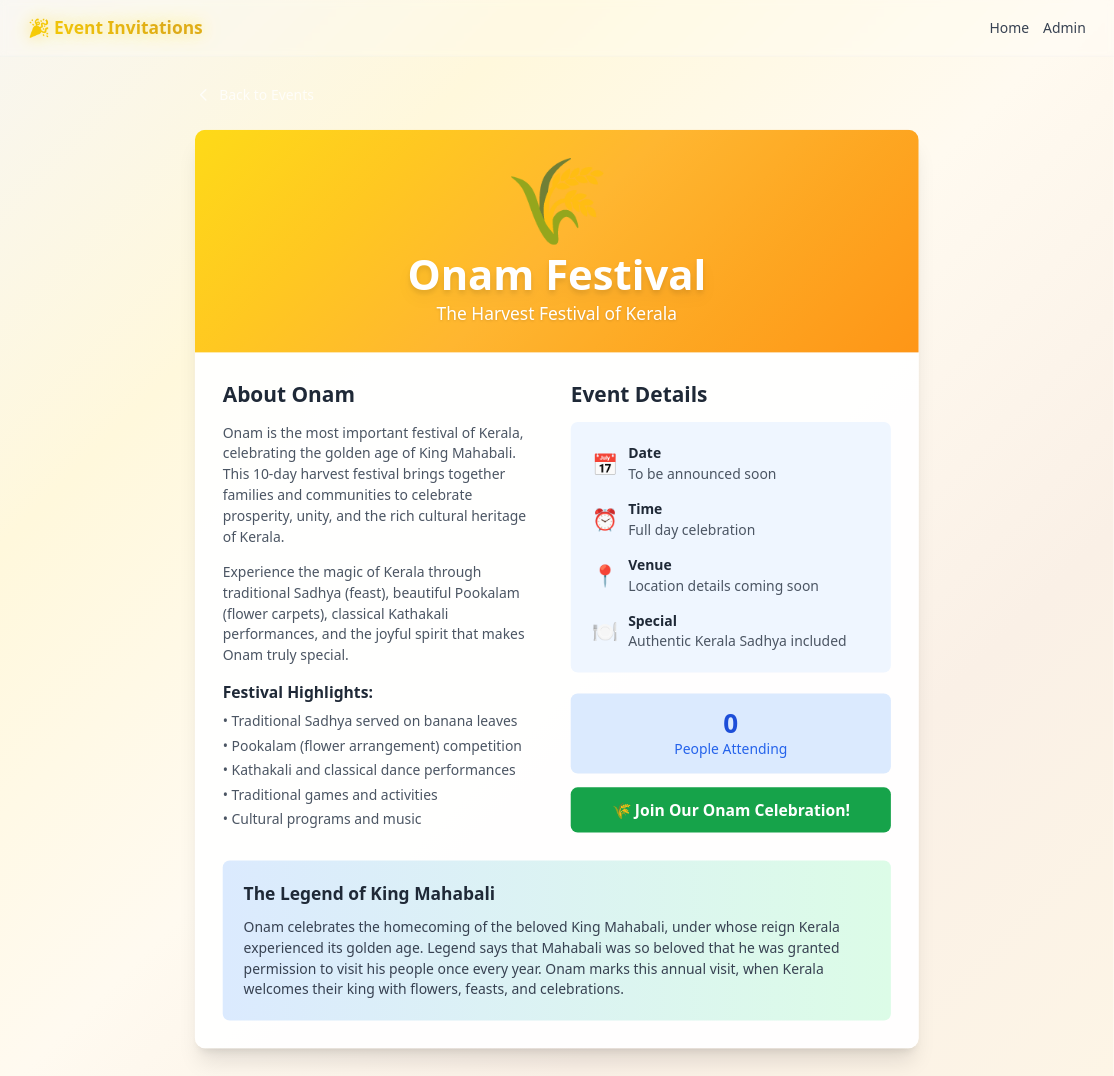
Repository: nanduldas/invitation
Page: http://localhost/event/onam
The author's editor kept a copy of each file at every save. The page is drawn from the files as they stood at one save, then again after the next save.
The browser window is 1280 px wide. The pictures show the whole page, at 87% of full size.
Some web libraries are served in a nearby version. The page is served by the project's Laravel application, run on PHP 8.4 with Laravel 12. Other server files are loaded and not shown. Queries for data that is not in the repository find no rows.

Above is the page before, as saved 2025-08-22 23:53:30.

### routes/web.php
<?php

use Illuminate\Support\Facades\Route;
use App\Http\Controllers\EventController;

Route::get('/', [EventController::class, 'index'])->name('home');
Route::get('/event/{event}', [EventController::class, 'show'])->name('event.show');
Route::post('/register', [EventController::class, 'register'])->name('register');
Route::get('/admin/attendees', [EventController::class, 'admin'])->name('admin.attendees');

### app/Http/Controllers/EventController.php
<?php

namespace App\Http\Controllers;

use Illuminate\Http\Request;
use App\Models\Attendee;
use Illuminate\Support\Facades\Validator;

class EventController extends Controller
{
    public function index()
    {
        $haldiCount = Attendee::forEvent('haldi')->count();
        $onamCount = Attendee::forEvent('onam')->count();

        return view('events.index', compact('haldiCount', 'onamCount'));
    }

    public function show($event)
    {
        if (!in_array($event, ['haldi', 'onam'])) {
            abort(404);
        }

        $attendeesCount = Attendee::forEvent($event)->count();

        return view('events.show', compact('event', 'attendeesCount'));
    }

    public function register(Request $request)
    {
        $validator = Validator::make($request->all(), [
            'name' => 'required|string|max:255',
            'phone' => 'required|string|max:20',
            'event' => 'required|in:haldi,onam'
        ]);

        if ($validator->fails()) {
            return response()->json([
                'success' => false,
                'message' => 'Please fill all fields correctly.'
            ], 422);
        }

        // Check if attendee already exists based on phone number
        $existingAttendee = Attendee::where('phone', $request->phone)->first();

        if ($existingAttendee) {
            return response()->json([
                'success' => true,
                'message' => 'You are already on our list, thank you! 🎉',
                'attendee_count' => Attendee::forEvent($request->event)->count()
            ]);
        }

        // Create new attendee
        $attendee = Attendee::create([
            'name' => $request->name,
            'phone' => $request->phone,
            'event' => $request->event
        ]);

        $attendeeCount = Attendee::forEvent($request->event)->count();

        return response()->json([
            'success' => true,
            'message' => "Welcome to our celebration, {$request->name}! 🌟 We're excited to have you join us!",
            'attendee_count' => $attendeeCount
        ]);
    }

    public function admin()
    {
        $haldiAttendees = Attendee::forEvent('haldi')->get();
        $onamAttendees = Attendee::forEvent('onam')->get();

        return view('admin.attendees', compact('haldiAttendees', 'onamAttendees'));
    }
}

### app/Models/Attendee.php
<?php

namespace App\Models;

use Illuminate\Database\Eloquent\Model;

class Attendee extends Model
{
    protected $fillable = [
        'name',
        'phone',
        'event'
    ];

    protected $casts = [
        'event' => 'string'
    ];

    public function scopeForEvent($query, $event)
    {
        return $query->where('event', $event);
    }
}

### resources/views/events/show.blade.php
@extends('layouts.app')

@section('title', ucfirst($event) . ' Event Details')

@section('content')
<div class="max-w-4xl mx-auto px-4 sm:px-6 lg:px-8">
    <!-- Back Button -->
    <div class="mb-6">
        <a href="{{ route('home') }}" class="inline-flex items-center text-white/80 hover:text-white transition-colors">
            <svg class="w-5 h-5 mr-2" fill="none" stroke="currentColor" viewBox="0 0 24 24">
                <path stroke-linecap="round" stroke-linejoin="round" stroke-width="2" d="M15 19l-7-7 7-7"></path>
            </svg>
            Back to Events
        </a>
    </div>

    @if($event === 'haldi')
        <!-- Haldi Event Details -->
        <div class="bg-white/95 rounded-xl shadow-xl overflow-hidden">
            <div class="bg-haldi-theme h-64 relative">
                <div class="haldi-overlay h-full flex items-center justify-center">
                    <div class="text-center text-white">
                        <div class="text-8xl mb-4">🌺</div>
                        <h1 class="text-4xl md:text-5xl font-bold drop-shadow-lg">Haldi Ceremony</h1>
                        <p class="text-xl mt-2 drop-shadow">A Sacred & Joyful Celebration</p>
                    </div>
                </div>
            </div>

            <div class="p-8">
                <div class="grid md:grid-cols-2 gap-8 mb-8">
                    <div>
                        <h2 class="text-2xl font-bold text-gray-800 mb-4">About the Ceremony</h2>
                        <p class="text-gray-600 mb-4">
                            The Haldi ceremony is one of the most cherished pre-wedding rituals in Indian culture.
                            This beautiful tradition involves applying turmeric paste to the bride and groom,
                            symbolizing purification, protection, and the blessing of a bright future together.
                        </p>
                        <p class="text-gray-600 mb-4">
                            Join us for an afternoon filled with laughter, music, traditional songs, and the
                            warm embrace of family and friends. The golden glow of turmeric will bless the
                            couple as they prepare for their new journey.
                        </p>

                        <h3 class="text-lg font-semibold text-gray-800 mb-2">What to Expect:</h3>
                        <ul class="text-gray-600 space-y-1">
                            <li>• Traditional turmeric application ceremony</li>
                            <li>• Folk music and dancing</li>
                            <li>• Delicious Indian snacks and sweets</li>
                            <li>• Photography and memories</li>
                            <li>• Warm, festive atmosphere</li>
                        </ul>
                    </div>

                    <div>
                        <h2 class="text-2xl font-bold text-gray-800 mb-4">Event Details</h2>
                        <div class="bg-amber-50 rounded-lg p-6 space-y-4">
                            <div class="flex items-center">
                                <span class="text-2xl mr-3">📅</span>
                                <div>
                                    <div class="font-semibold text-gray-800">Date</div>
                                    <div class="text-gray-600">To be announced soon</div>
                                </div>
                            </div>
                            <div class="flex items-center">
                                <span class="text-2xl mr-3">⏰</span>
                                <div>
                                    <div class="font-semibold text-gray-800">Time</div>
                                    <div class="text-gray-600">Traditional afternoon timing</div>
                                </div>
                            </div>
                            <div class="flex items-center">
                                <span class="text-2xl mr-3">📍</span>
                                <div>
                                    <div class="font-semibold text-gray-800">Venue</div>
                                    <div class="text-gray-600">Location details coming soon</div>
                                </div>
                            </div>
                            <div class="flex items-center">
                                <span class="text-2xl mr-3">👗</span>
                                <div>
                                    <div class="font-semibold text-gray-800">Dress Code</div>
                                    <div class="text-gray-600">Traditional Indian wear preferred</div>
                                </div>
                            </div>
                        </div>

                        <div class="mt-6 text-center">
                            <div class="bg-amber-100 rounded-lg p-4 mb-4">
                                <div class="text-3xl font-bold text-amber-700 attendee-count" data-event="haldi">{{ $attendeesCount }}</div>
                                <div class="text-amber-600">People Attending</div>
                            </div>
                            <button onclick="openModal('haldi')"
                                    class="w-full px-6 py-3 bg-orange-600 text-white rounded-lg hover:bg-orange-700 transition-colors text-lg font-semibold">
                                🎉 I'm Attending This Celebration!
                            </button>
                        </div>
                    </div>
                </div>

                <div class="bg-gradient-to-r from-amber-100 to-orange-100 rounded-lg p-6">
                    <h3 class="text-xl font-bold text-gray-800 mb-3">Traditional Significance</h3>
                    <p class="text-gray-700">
                        Turmeric has been used in Indian ceremonies for thousands of years. It's believed to bring
                        good luck, ward off evil, and promote health and prosperity. The Haldi ceremony is not just
                        a ritual, but a celebration of love, family bonds, and the beginning of a beautiful journey.
                    </p>
                </div>
            </div>
        </div>
    @else
        <!-- Onam Event Details -->
        <div class="bg-white/95 rounded-xl shadow-xl overflow-hidden">
            <div class="gradient-onam h-64 relative">
                <div class="onam-overlay h-full flex items-center justify-center">
                    <div class="text-center text-white">
                        <div class="text-8xl mb-4">🌾</div>
                        <h1 class="text-4xl md:text-5xl font-bold drop-shadow-lg">Onam Festival</h1>
                        <p class="text-xl mt-2 drop-shadow">The Harvest Festival of Kerala</p>
                    </div>
                </div>
            </div>

            <div class="p-8">
                <div class="grid md:grid-cols-2 gap-8 mb-8">
                    <div>
                        <h2 class="text-2xl font-bold text-gray-800 mb-4">About Onam</h2>
                        <p class="text-gray-600 mb-4">
                            Onam is the most important festival of Kerala, celebrating the golden age of King Mahabali.
                            This 10-day harvest festival brings together families and communities to celebrate prosperity,
                            unity, and the rich cultural heritage of Kerala.
                        </p>
                        <p class="text-gray-600 mb-4">
                            Experience the magic of Kerala through traditional Sadhya (feast), beautiful Pookalam
                            (flower carpets), classical Kathakali performances, and the joyful spirit that makes
                            Onam truly special.
                        </p>

                        <h3 class="text-lg font-semibold text-gray-800 mb-2">Festival Highlights:</h3>
                        <ul class="text-gray-600 space-y-1">
                            <li>• Traditional Sadhya served on banana leaves</li>
                            <li>• Pookalam (flower arrangement) competition</li>
                            <li>• Kathakali and classical dance performances</li>
                            <li>• Traditional games and activities</li>
                            <li>• Cultural programs and music</li>
                        </ul>
                    </div>

                    <div>
                        <h2 class="text-2xl font-bold text-gray-800 mb-4">Event Details</h2>
                        <div class="bg-blue-50 rounded-lg p-6 space-y-4">
                            <div class="flex items-center">
                                <span class="text-2xl mr-3">📅</span>
                                <div>
                                    <div class="font-semibold text-gray-800">Date</div>
                                    <div class="text-gray-600">To be announced soon</div>
                                </div>
                            </div>
                            <div class="flex items-center">
                                <span class="text-2xl mr-3">⏰</span>
                                <div>
                                    <div class="font-semibold text-gray-800">Time</div>
                                    <div class="text-gray-600">Full day celebration</div>
                                </div>
                            </div>
                            <div class="flex items-center">
                                <span class="text-2xl mr-3">📍</span>
                                <div>
                                    <div class="font-semibold text-gray-800">Venue</div>
                                    <div class="text-gray-600">Location details coming soon</div>
                                </div>
                            </div>
                            <div class="flex items-center">
                                <span class="text-2xl mr-3">🍽️</span>
                                <div>
                                    <div class="font-semibold text-gray-800">Special</div>
                                    <div class="text-gray-600">Authentic Kerala Sadhya included</div>
                                </div>
                            </div>
                        </div>

                        <div class="mt-6 text-center">
                            <div class="bg-blue-100 rounded-lg p-4 mb-4">
                                <div class="text-3xl font-bold text-blue-700 attendee-count" data-event="onam">{{ $attendeesCount }}</div>
                                <div class="text-blue-600">People Attending</div>
                            </div>
                            <button onclick="openModal('onam')"
                                    class="w-full px-6 py-3 bg-green-600 text-white rounded-lg hover:bg-green-700 transition-colors text-lg font-semibold">
                                🌾 Join Our Onam Celebration!
                            </button>
                        </div>
                    </div>
                </div>

                <div class="bg-gradient-to-r from-blue-100 to-green-100 rounded-lg p-6">
                    <h3 class="text-xl font-bold text-gray-800 mb-3">The Legend of King Mahabali</h3>
                    <p class="text-gray-700">
                        Onam celebrates the homecoming of the beloved King Mahabali, under whose reign Kerala experienced
                        its golden age. Legend says that Mahabali was so beloved that he was granted permission to visit
                        his people once every year. Onam marks this annual visit, when Kerala welcomes their king with
                        flowers, feasts, and celebrations.
                    </p>
                </div>
            </div>
        </div>
    @endif
</div>
@endsection

Loaded but not shown: app/Http/Controllers/Controller.php (common file); resources/views/layouts/app.blade.php (219 lines, source omitted)

After the next save:
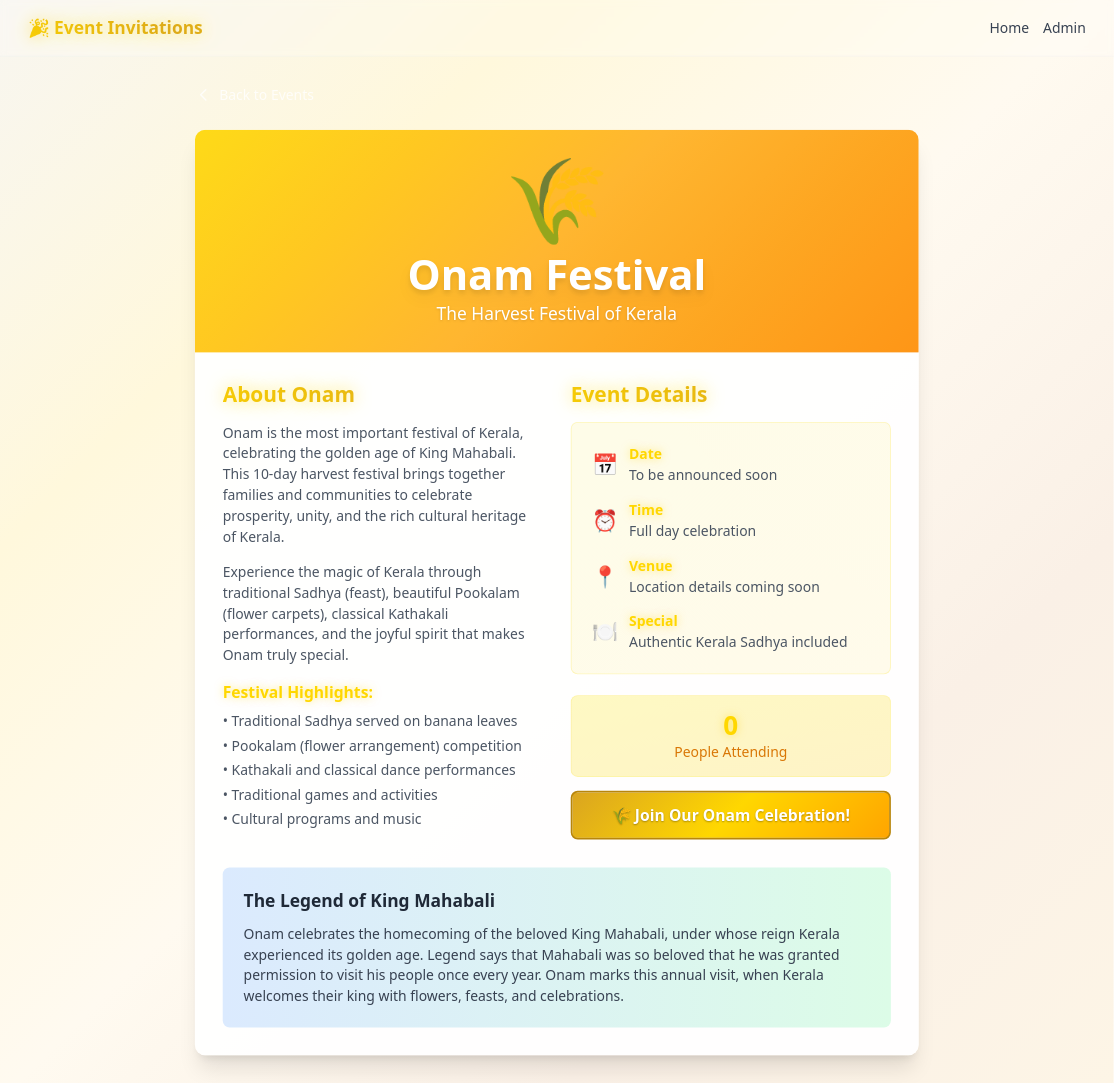
Saved 27 s later.
--- a/resources/views/events/show.blade.php
+++ b/resources/views/events/show.blade.php
@@ -124,7 +124,7 @@
             <div class="p-8">
                 <div class="grid md:grid-cols-2 gap-8 mb-8">
                     <div>
-                        <h2 class="text-2xl font-bold text-gray-800 mb-4">About Onam</h2>
+                        <h2 class="text-2xl font-bold text-gold-shining mb-4">About Onam</h2>
                         <p class="text-gray-600 mb-4">
                             Onam is the most important festival of Kerala, celebrating the golden age of King Mahabali.
                             This 10-day harvest festival brings together families and communities to celebrate prosperity,
@@ -136,7 +136,7 @@
                             Onam truly special.
                         </p>
 
-                        <h3 class="text-lg font-semibold text-gray-800 mb-2">Festival Highlights:</h3>
+                        <h3 class="text-lg font-semibold text-gold mb-2">Festival Highlights:</h3>
                         <ul class="text-gray-600 space-y-1">
                             <li>• Traditional Sadhya served on banana leaves</li>
                             <li>• Pookalam (flower arrangement) competition</li>
@@ -147,45 +147,45 @@
                     </div>
 
                     <div>
-                        <h2 class="text-2xl font-bold text-gray-800 mb-4">Event Details</h2>
-                        <div class="bg-blue-50 rounded-lg p-6 space-y-4">
+                        <h2 class="text-2xl font-bold text-gold-shining mb-4">Event Details</h2>
+                        <div class="bg-gradient-to-br from-yellow-50 to-amber-50 rounded-lg p-6 space-y-4 border border-yellow-200/50">
                             <div class="flex items-center">
                                 <span class="text-2xl mr-3">📅</span>
                                 <div>
-                                    <div class="font-semibold text-gray-800">Date</div>
+                                    <div class="font-semibold text-gold">Date</div>
                                     <div class="text-gray-600">To be announced soon</div>
                                 </div>
                             </div>
                             <div class="flex items-center">
                                 <span class="text-2xl mr-3">⏰</span>
                                 <div>
-                                    <div class="font-semibold text-gray-800">Time</div>
+                                    <div class="font-semibold text-gold">Time</div>
                                     <div class="text-gray-600">Full day celebration</div>
                                 </div>
                             </div>
                             <div class="flex items-center">
                                 <span class="text-2xl mr-3">📍</span>
                                 <div>
-                                    <div class="font-semibold text-gray-800">Venue</div>
+                                    <div class="font-semibold text-gold">Venue</div>
                                     <div class="text-gray-600">Location details coming soon</div>
                                 </div>
                             </div>
                             <div class="flex items-center">
                                 <span class="text-2xl mr-3">🍽️</span>
                                 <div>
-                                    <div class="font-semibold text-gray-800">Special</div>
+                                    <div class="font-semibold text-gold">Special</div>
                                     <div class="text-gray-600">Authentic Kerala Sadhya included</div>
                                 </div>
                             </div>
                         </div>
 
                         <div class="mt-6 text-center">
-                            <div class="bg-blue-100 rounded-lg p-4 mb-4">
-                                <div class="text-3xl font-bold text-blue-700 attendee-count" data-event="onam">{{ $attendeesCount }}</div>
-                                <div class="text-blue-600">People Attending</div>
+                            <div class="bg-gradient-to-br from-yellow-100 to-amber-100 rounded-lg p-4 mb-4 border border-yellow-200/50">
+                                <div class="text-3xl font-bold text-gold attendee-count" data-event="onam">{{ $attendeesCount }}</div>
+                                <div class="text-amber-600">People Attending</div>
                             </div>
                             <button onclick="openModal('onam')"
-                                    class="w-full px-6 py-3 bg-green-600 text-white rounded-lg hover:bg-green-700 transition-colors text-lg font-semibold">
+                                    class="w-full px-6 py-3 btn-gold rounded-lg text-lg font-semibold">
                                 🌾 Join Our Onam Celebration!
                             </button>
                         </div>
